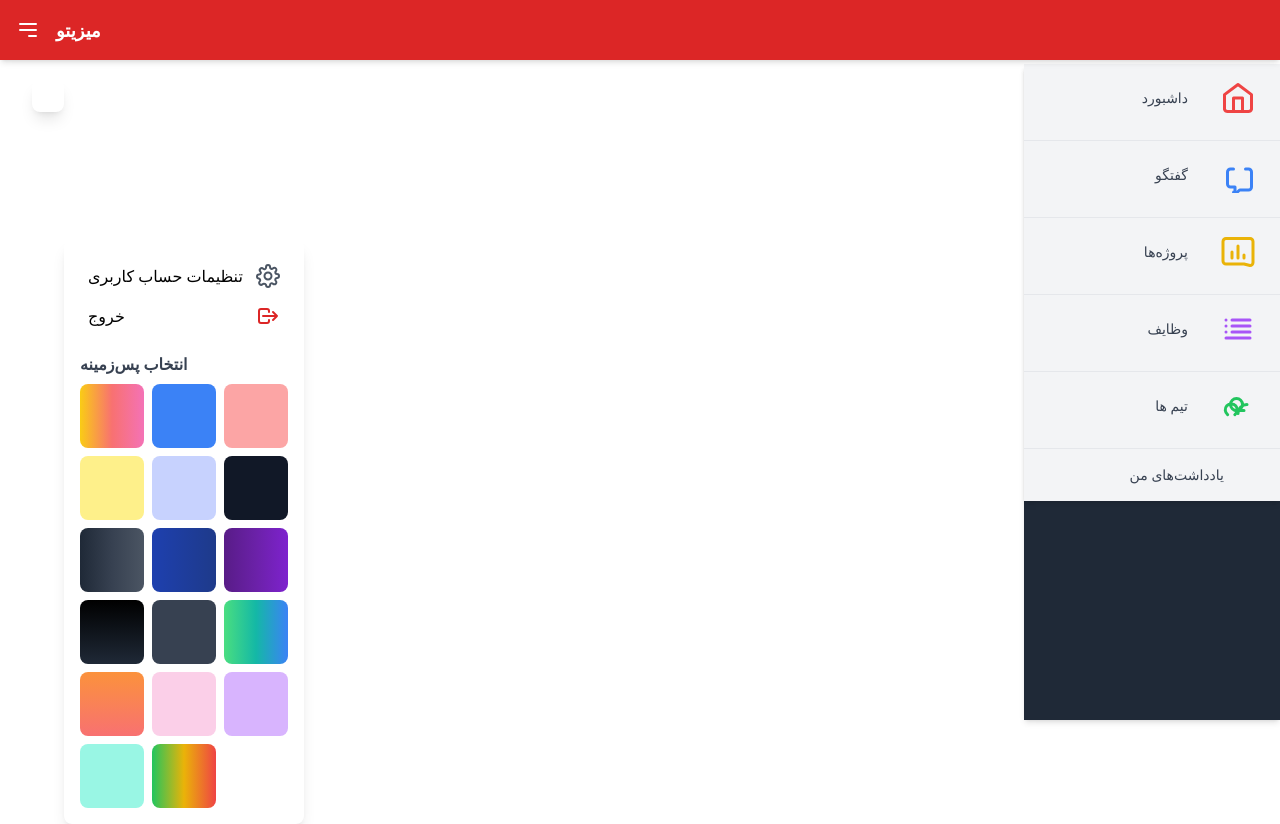
Repository: spnovaa/work-hive
Page: / (app in front_end/), after clicking the first element matching `div.z-0`
The author's editor kept a copy of each file at every save. The page is drawn from the files as they stood at one save, then again after the next save.
The browser window is 1280 px wide. The pictures show the whole page.
The page's requests for data from a server got no answer. The project was rebuilt for these pictures with package versions that can differ from the ones it lists, and the page was loaded fresh each time. No one was signed in, and anything a server would have sent is missing. Also part of the build but not shown: front_end/src/api/auth.js, front_end/src/components/loadingSpinner.jsx, front_end/src/pages/login.jsx, front_end/src/pages/registration.jsx, front_end/src/common/axiosInstance.js, front_end/src/components/profile/profileSettingsModal.jsx, front_end/src/components/project/projectCardComponent.jsx, front_end/src/components/project/projectDashboard.jsx and 9 more.

Above is the page before, as saved 2025-01-18 14:32:23.

After the next save:
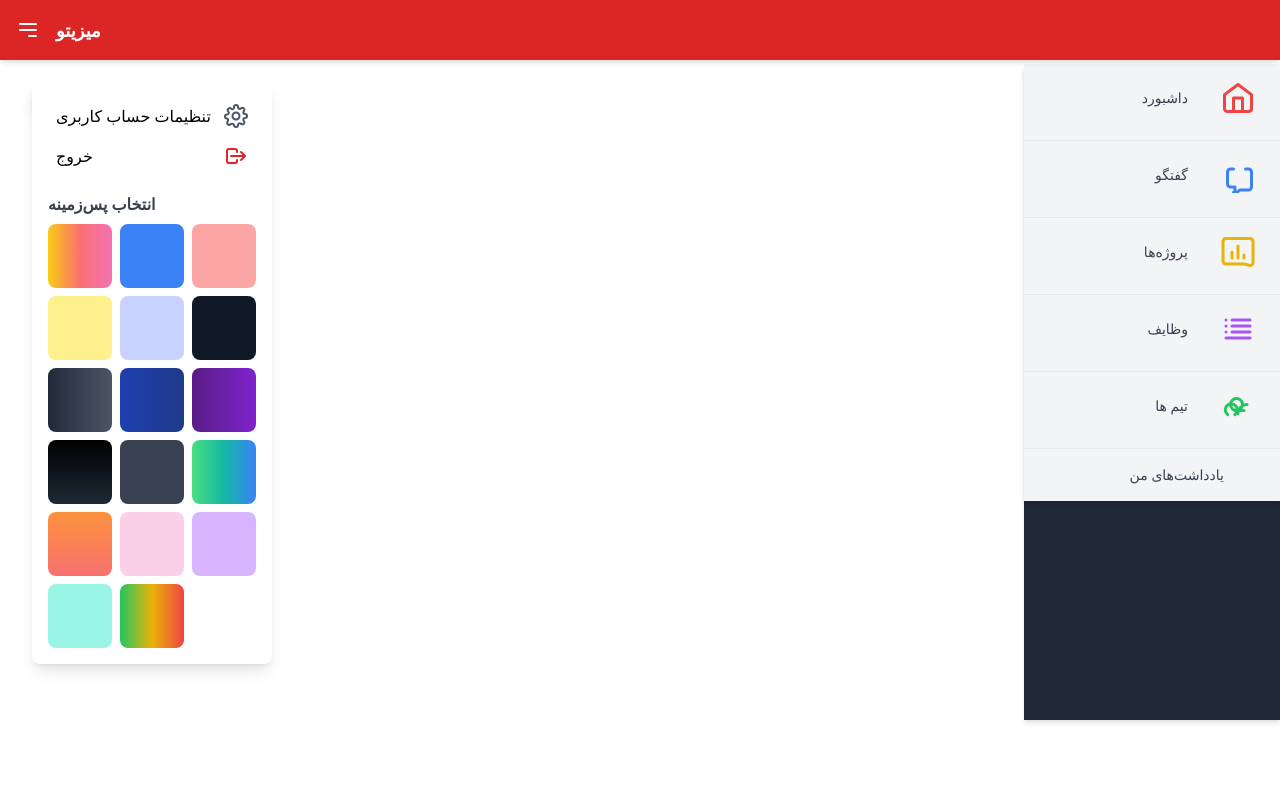
Saved 28 s later.
--- a/front_end/src/components/profile/dropdown.jsx
+++ b/front_end/src/components/profile/dropdown.jsx
@@ -48,16 +48,17 @@ const ProfileDropdown  = ({  onBackgroundChange ,onSettingsClick}) => {
 
   return (
     <>
+        {/* Conditionally render the dropdown div only when isOpen is true */}
         {isOpen && (
             <div
-                onClick={(e) => e.stopPropagation()}
-                className="absolute top-40 left-8 bg-white rounded-lg shadow-lg w-max p-4"
+                onClick={(e) => e.stopPropagation()} // Prevent propagation of the click event
+                className="absolute top-0 left-0 bg-white rounded-lg shadow-lg w-max p-4"
             >
                 <div
                     className="flex items-center justify-between p-2 cursor-pointer hover:bg-gray-100 rounded"
                     onClick={() => {
                         onSettingsClick();
-                        toggleDropdown();
+                        toggleDropdown();  // Close the dropdown
                     }}
                 >
                     <span>تنظیمات حساب کاربری</span>
